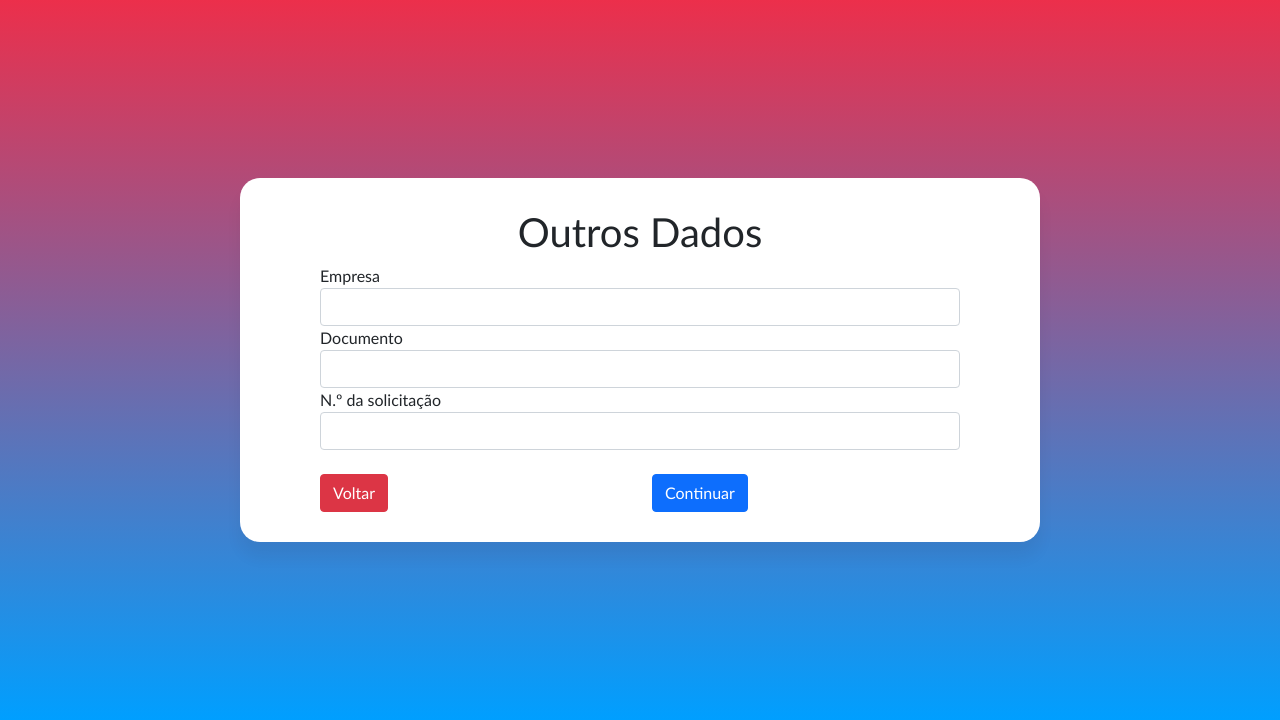
Repository: DeanLemosXD/ReactJS-3steps-form
Page: /, after clicking the first element matching `button.btn`
An editor plug-in stored every save of this project. The page is shown before and after the next save, followed by the edit.
The browser window is 1280 px wide. The pictures show the whole page.
The project was rebuilt for these pictures with package versions that can differ from the ones it lists, and the page was loaded fresh each time.

Above is the page before, as saved 2021-10-26 17:45:20.

### src/App.js
import React from 'react';
import './App.css';
import Form from './components/Form.js';

function App() {
  return (
    <div className="App">
      <div className="container">
     <Form />
      </div>

    </div>
  );
}

export default App;

### src/App.css
.App {
  display: flex;
  justify-content: center;
  align-items: center;
  flex-direction: column;
  height: 100vh;
  background: #009FFF;  /* fallback for old browsers */
  background: -webkit-linear-gradient(to bottom, #ec2F4B, #009FFF);  /* Chrome 10-25, Safari 5.1-6 */
  background: linear-gradient(to bottom, #ec2F4B, #009FFF); /* W3C, IE 10+/ Edge, Firefox 16+, Chrome 26+, Opera 12+, Safari 7+ */





}

.form-container {
  font-family:'Trebuchet MS', 'Lucida Sans Unicode', 'Lucida Grande', 'Lucida Sans', Arial, sans-serif;
  background: #fff;
  border-radius: 20px;
  padding: 30px 80px;
  max-width: 800px;
  margin: 0 auto;
  box-shadow: 0 15px 16px .17px rgba(0,0,0,0.05);
}

h1 {
  text-align: center;
}

### src/components/Form.js
import React, { Component } from 'react'
import AccountSetup from './AccountSetup';
import OtherData from './OtherData';
import Confirm from './Confirm';

export class form extends Component {
    state = {
        step: 1,
        name: '',
        email: '',
        phone: '',
        description: '',
        workplace: '',
        DOC: '',
        linkedin: '',

    };

    nextStep = () => {
        const { step } = this.state;
        this.setState({step: step + 1});
    };

    prevStep = () => {
        const { step } = this.state;
        this.setState({step: step - 1});
    }

    inputChange = input => e => {
        this.setState({
            [input]: e.target.value
        })
    };

    render() {
        const { step } = this.state;
        const { name, email, phone, description, workplace, DOC, linkedin } = this.state;
        const values = { name, email, phone, description, workplace, DOC, linkedin };

        // eslint-disable-next-line default-case
        switch(step) {
            case 1:
                return (
                    <AccountSetup
                    nextStep={this.nextStep}
                    inputChange={this.inputChange}
                    values={values}
                    />
                );
                case 2:
                    return (
                        <OtherData
                        nextStep={this.nextStep}
                        prevStep={this.prevStep}
                        inputChange={this.inputChange}
                        values={values}
                         />
                    );
                    case 3:
                        return (
                            <Confirm
                            nextStep={this.nextStep}
                            prevStep={this.prevStep}
                            inputChange={this.inputChange}
                            values={values}
                            />
                        );
        }
    }
}

export default form

### src/components/AccountSetup.js
import React, { Component } from 'react'

export class AccountSetup extends Component {
    continue = e => {
        e.preventDefault();
        this.props.nextStep();
    };

    render() {
        const { values, inputChange } = this.props;

        return (
            <div className="form-container">
                <h1 className="mb-S">Dados do Usuário</h1>
                <div className="form-group">
                    <label htmlFor="name">Nome</label>
                    <input type="text" className="form-control" name="name" onChange={inputChange('name')} value={values.name} />
                </div>
                <div className="form-group">
                    <label htmlFor="email">Email</label>
                    <input type="text" className="form-control" name="email" onChange={inputChange('email')} value={values.email} />
                </div>
                <div className="form-group">
                    <label htmlFor="phone">Numero de Telefone</label>
                    <input type="text" className="form-control" name="phone" onChange={inputChange('phone')} value={values.phone} />
                </div>
                <div className="form-group">
                    <label htmlFor="description">Descrição</label>
                    <input type="text" className="form-control" name="description" onChange={inputChange('description')} value={values.description} />
                </div>

                <br />

            <div className="text-right">
                <button className="btn btn-primary" onClick={this.continue}>Continuar</button>
            </div>
            </div>
        )
    }
}

export default AccountSetup

### src/components/OtherData.js
import React, { Component } from 'react'

export class OtherData extends Component {
    continue = e => {
        e.preventDefault();
        this.props.nextStep();
    };
    back = e => {
        e.preventDefault();
        this.props.prevStep();
    };
    render() {
        const { values, inputChange } = this.props;

        return (
            <div className="form-container">
                <h1 className="mb-S">Outros Dados</h1>
                <div className="form-group">
                    <label htmlFor="workplace">Empresa</label>
                    <input type="text" className="form-control" name="workplace" onChange={inputChange('workplace')} value={values.workplace} />
                </div>
                <div className="form-group">
                    <label htmlFor="DOC">Documento</label>
                    <input type="text" className="form-control" name="DOC" onChange={inputChange('DOC')} value={values.DOC} />
                </div>
                <div className="form-group">
                    <label htmlFor="number">N.º da solicitação</label>
                    <input type="text" className="form-control" name="number" onChange={inputChange('number')} value={values.number} />
                </div>


                <br />
            <div className="row">
                <div className="col-6">
                    <button className="btn btn-danger" onClick={this.back}>Voltar</button>
                </div>
                <div className="col-6 text-right">
                    <button className="btn btn-primary" onClick={this.continue}>Continuar</button>
                </div>
            </div>

            </div>
        )
    }
}

export default OtherData

Loaded but not shown: public/index.html (common file); src/index.js (common file); src/index.css (common file); src/reportWebVitals.js (common file); src/components/Confirm.js (no stored copy; drawn as an empty file)

After the next save:
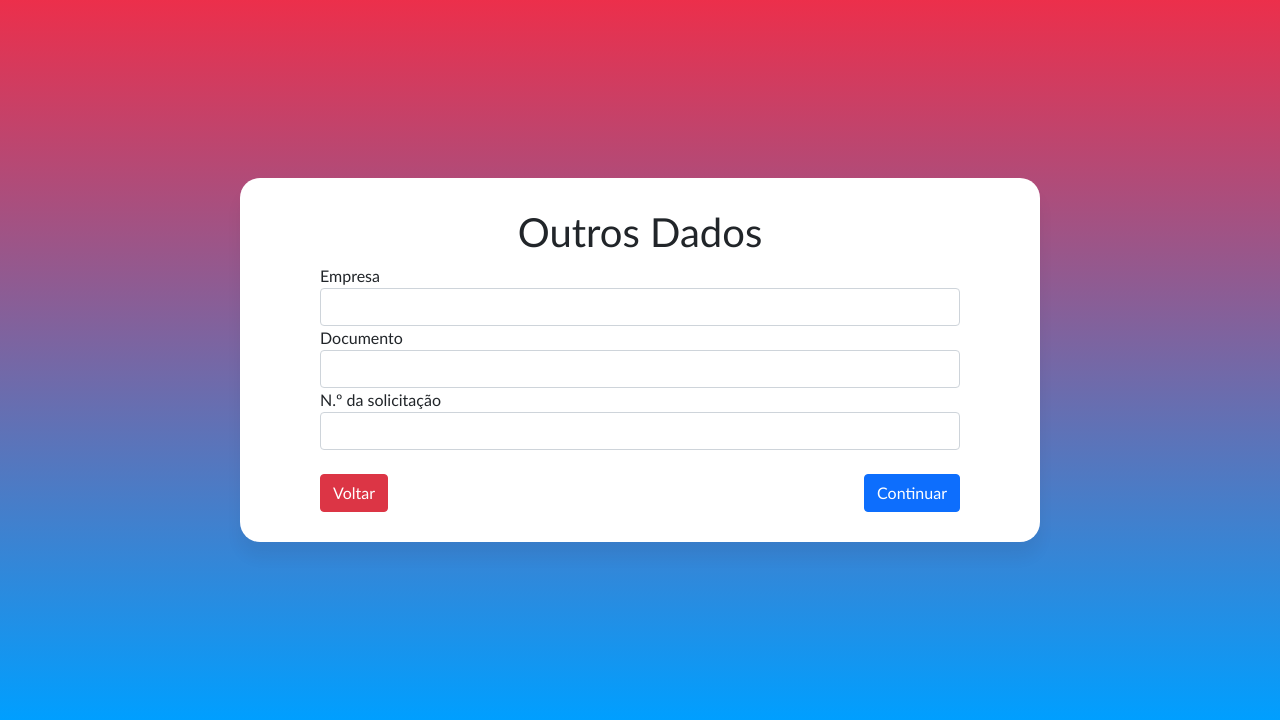
Saved 2 min 16 s later.
--- a/src/components/OtherData.js
+++ b/src/components/OtherData.js
@@ -34,7 +34,7 @@ export class OtherData extends Component {
                 <div className="col-6">
                     <button className="btn btn-danger" onClick={this.back}>Voltar</button>
                 </div>
-                <div className="col-6 text-right">
+                <div className="col-6 text-end">
                     <button className="btn btn-primary" onClick={this.continue}>Continuar</button>
                 </div>
             </div>
